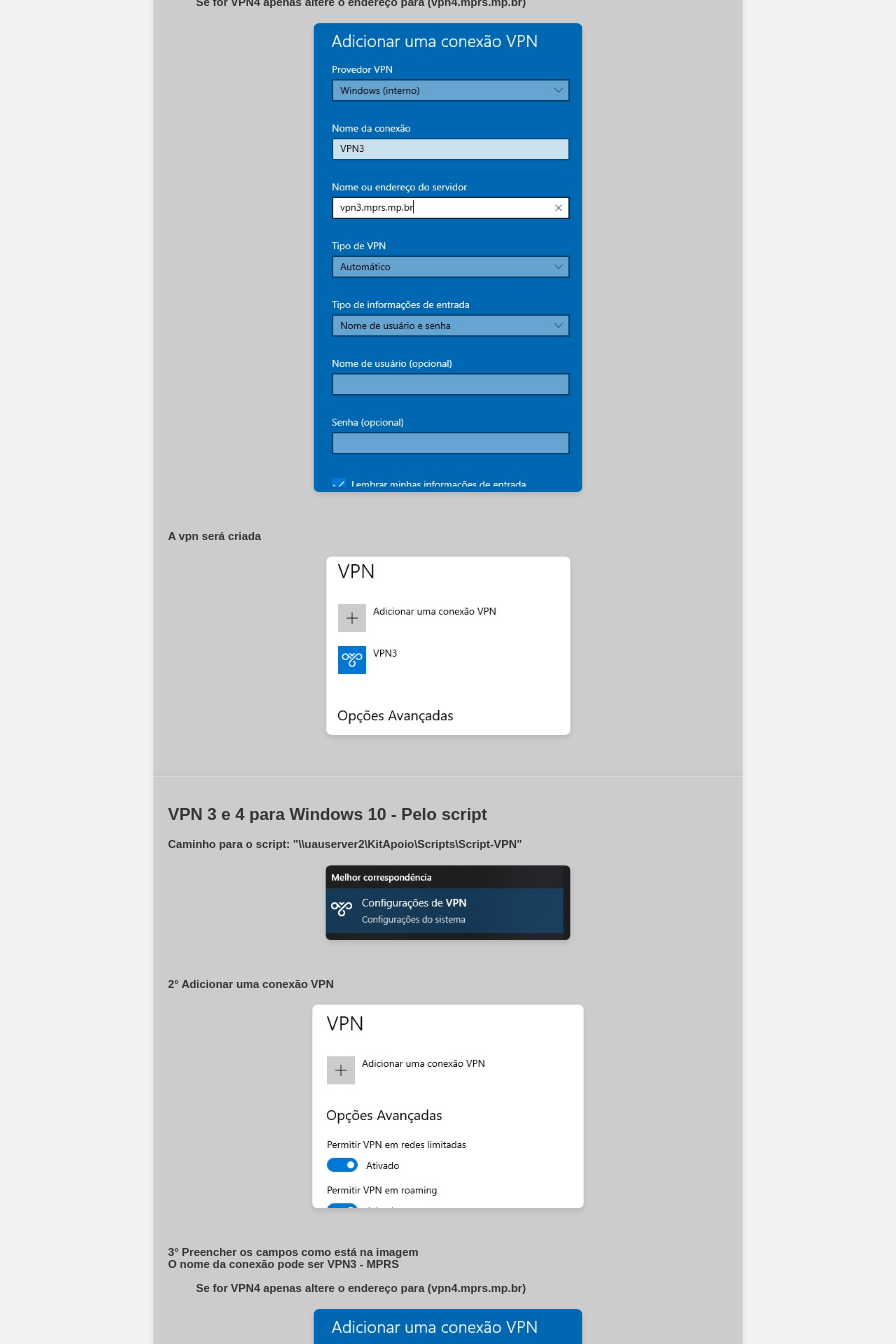
Repository: I4guito/dicasdez
Page: Dicas site/Dicas/configvpn.html
These files come from the project's save history. The page is drawn as it stood at one moment and after the next save; the edit follows.
The browser window is 1280 px wide. The pictures show the part of the page from y = 4580 to 6500 px (the page is 7622 px tall before and 7457 px after), at 70% of full size.

Above is the page before, as saved 2023-11-29 15:17:16.

### Dicas site/Dicas/configvpn.html
<!DOCTYPE html>
<html lang="pt-br">
<head>
    <meta charset="UTF-8">
    <meta name="viewport" content="width=device-width, initial-scale=1.0">
    <link rel="stylesheet" href="padrao.css">
    <script src="/Dicas site/script.js"></script>
    <title>VPN Install</title>
</head>
<body>
    <div class="container">
        <header>
        <a href="javascript:history.back()" class="voltar-btn">&#8592; Voltar</a>
            <h1>Instalação de VPN's</h1>
            <p>Todos os manuais estão localizados em: <b> I:\Informatica\UAU\Atendimento\Manuais\VPN\MANUAIS NOVOS - ATUALIZADOS -> "Manual de instalação - Edraw e VPN2"

            </p>
        </header>
    </div><br>

    <div class="container">
        <h1>VPN 2 Para Windows 7, 8 e 10 </h1>
        <embed src="/Dicas site/Dicas/Amendoim Imagens/Manual de Instalação - VPN2.pdf" type="application/pdf" width="100%" height="600px" />


    </div><br>

    <div class="container">
        <h1>VPN 2 Para Android </h1>
        <p>Recomendo enviar esse documento por e-mail para o usuário</p>
        <embed src="/Dicas site/Dicas/Amendoim Imagens/VPN2(Android)_Nova.pdf" type="application/pdf" width="100%" height="600px" />


    </div><br>

    <div class="container" onclick="toggleSize(this)">
        <h2>Configurar credenciais do windows </h2>

        <p>1° Gerenciador de Credenciais</p>
        <label class="image-zoom">
            <input type="checkbox">

            <img src="/Dicas site/Dicas/vpn images/abrir gerenciador de cred.jpeg" alt="Imagem">
        </label><br>
        <p>2° Credenciais do Windows</p>
        <p>3° Remover as credenciais genéricas (virtualapp/didlogical)</p>
        <p>4° Adicionar uma credencial windows</p><br>
        <label class="image-zoom">
            <input type="checkbox">

            <img src="/Dicas site/Dicas/vpn images/credenciais do windows.jpeg" alt="Imagem">
        </label><br>
        <p>5° Preencher os campos como está na imagem
            <br>só que com o nome do usuário e senha dele né

        </p>
        <label class="image-zoom">
            <input type="checkbox">

            <img src="/Dicas site/Dicas/vpn images/adicionando credencial.jpeg" alt="Imagem">
        </label><br>

        <p>Credencial adicionada</p>
        <label class="image-zoom">
            <input type="checkbox">

            <img src="/Dicas site/Dicas/vpn images/credencial adicionado.jpeg" alt="Imagem">
        </label><br>


    </div><br>

    <div class="container" onclick="toggleSize(this)">
        <h2>VPN 3 e 4 para Windows 10 - Criação Manual</h2>

        <p>1° Abra as configurações de vpn</p>
        <label class="image-zoom">
            <input type="checkbox">

            <img src="/Dicas site/Dicas/vpn images/confvpn.jpeg" alt="Imagem">
        </label><br>
        <p>2° Adicionar uma conexão VPN</p>
        <label class="image-zoom">
            <input type="checkbox">

            <img src="/Dicas site/Dicas/vpn images/vpnint.jpeg" alt="Imagem">
        </label><br>
        <p>3° Preencher os campos como está na imagem
            <br>O nome da conexão pode ser VPN3 - MPRS
            <blockquote>Se for VPN4 apenas altere o endereço para (vpn4.mprs.mp.br)</blockquote>
        </p>
        <label class="image-zoom">
            <input type="checkbox">

            <img src="/Dicas site/Dicas/vpn images/addconexão.jpeg" alt="Imagem">
        </label><br>

        <p>A vpn será criada</p>
        <label class="image-zoom">
            <input type="checkbox">

            <img src="/Dicas site/Dicas/vpn images/vpn3.jpeg" alt="Imagem">
        </label><br>


    </div>

    <div class="container" onclick="toggleSize(this)">
        <h2>VPN 3 e 4 para Windows 10 - Pelo script</h2>

        <p>Caminho para o script: "\\uauserver2\KitApoio\Scripts\Script-VPN"</p>
        <label class="image-zoom">
            <input type="checkbox">

            <img src="/Dicas site/Dicas/vpn images/confvpn.jpeg" alt="Imagem">
        </label><br>
        <p>2° Adicionar uma conexão VPN</p>
        <label class="image-zoom">
            <input type="checkbox">

            <img src="/Dicas site/Dicas/vpn images/vpnint.jpeg" alt="Imagem">
        </label><br>
        <p>3° Preencher os campos como está na imagem
            <br>O nome da conexão pode ser VPN3 - MPRS
            <blockquote>Se for VPN4 apenas altere o endereço para (vpn4.mprs.mp.br)</blockquote>
        </p>
        <label class="image-zoom">
            <input type="checkbox">

            <img src="/Dicas site/Dicas/vpn images/addconexão.jpeg" alt="Imagem">
        </label><br>

        <p>A vpn será criada</p>
        <label class="image-zoom">
            <input type="checkbox">

            <img src="/Dicas site/Dicas/vpn images/vpn3.jpeg" alt="Imagem">
        </label><br>


    </div>



    <div class="container">
        <footer>
            <p>&copy; 2023 Apoio ao Usuário. Todos os direitos reservados.</p>
        </footer>
    </div>

    <script>

    </script>
</body>
</html>

### Dicas site/Dicas/padrao.css
body {
    font-family: 'Arial', sans-serif;
    margin: 0;
    padding: 0;
    background-color: #f2f2f2;
    color:#fff
}

.container {
    max-width: 800px;
    margin: 0 auto;
    background-color: #ccc;
    padding: 20px;
    box-shadow: 0 0 10px rgba(0, 0, 0, 0.1);
    border: 1px solid #ddd;
    color: #333;
}

header, section, footer {
    margin-bottom: 20px;
}

header h1, section h2 {
    color: #333;
}

ul {
    list-style: none;
    padding: 0;
}

li {
    margin-bottom: 10px;
}

footer {
    text-align: center;
    color: #777;
}

.voltar-btn {
    position: absolute;
    left: 10px;
    top: 10px;
    text-decoration: none;
    color: #fff;
    font-size: 16px;
    padding: 10px;
    background-color: #555;
    border: none;
    border-radius: 5px;
    cursor: pointer;
    transition: background-color 0.3s;
}

.voltar-btn:hover {
    background-color: #777;
}

img {

    margin-inline: 5cm;
    max-width: 100%;
    border-radius: 3%;
}

.link-instrucoes {
    font-family:cursive;
    width: 50px;
    left: 10px;
    text-decoration: none;
    color: #fff;
    font-size: 25px;
    padding: 3px;
    background-color: #555;
    border: none;
    border-radius: 10px;
    cursor: pointer;
    transition:  background-color 0.3s;
}

.link-instrucoes:hover {
    background-color:#777
}

.step {
    max-width: 800px;
    margin: 0 auto;
    background-color: #333;
    padding: 20px;
    box-shadow: 0 0 10px rgba(0, 0, 0, 0.1);
    border: 1px solid #ddd;
    color: #333;
    margin-bottom: 40px;
    padding: 20px;
    border-radius: 8px;
    box-shadow: 0 4px 8px rgba(0, 0, 0, 0.1);
}



.container img {
    display: block;
    max-width: 35%;
    height: auto;
    display: block;
    margin: 20px auto;
    border-radius: 8px;
    box-shadow: 0 4px 8px rgba(0, 0, 0, 0.1);


}

.image-zoom input[type="checkbox"] {
    display: none;
}

.image-zoom img {
    max-width: 100%;
    height: auto;
    cursor: pointer;
    transition: transform 0.3s ease-in-out;
}

.image-zoom input[type="checkbox"]:checked + img {
    transform: scale(1.5);
}

### Dicas site/script.js
function filterItems() {
    var searchBar = document.getElementById('searchBar');
    var filter = searchBar.value.toUpperCase();

    var columns = document.getElementsByClassName('column');
    for (var i = 0; i < columns.length; i++) {
        var boxes = columns[i].getElementsByClassName('box');
        for (var j = 0; j < boxes.length; j++) {
            var item = boxes[j];
            var textValue = item.textContent || item.innerText;
            if (textValue.toUpperCase().indexOf(filter) > -1) {
                item.style.display = "";
            } else {
                item.style.display = "none";
            }
        }
    }
}

function openPage(pageName) {
    window.location.href = pageName + '.html';
}

const isOpera = navigator.userAgent.indexOf("OPR") > -1;

if (isOpera) {
    document.addEventListener("DOMContentLoaded", function () {
        const containers = document.querySelectorAll(".container");
        containers.forEach(function (container) {
            container.style.backgroundColor = "#005c4b";
            container.style.color = "#333";
        });
    });
}

After the next save:
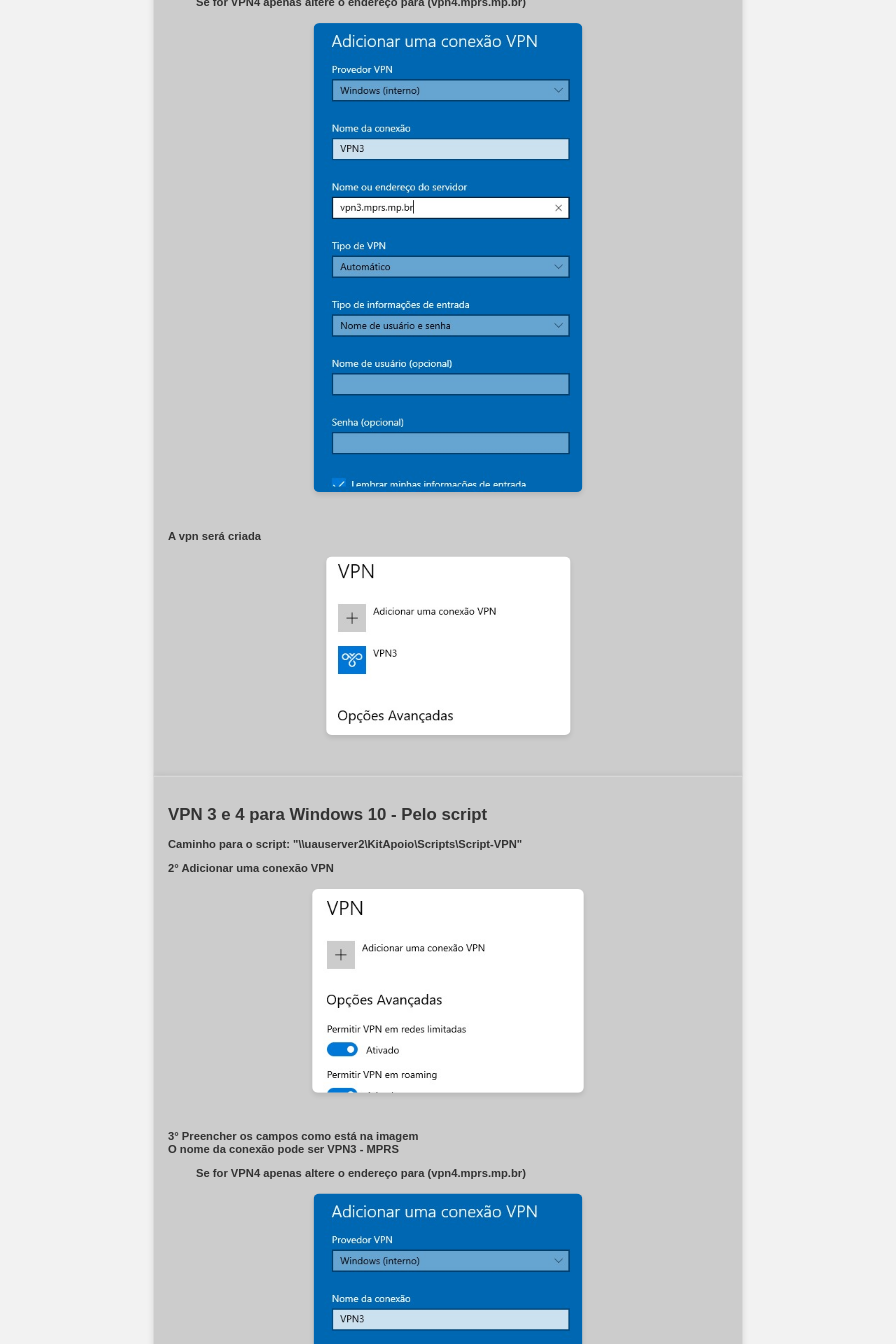
Saved 7 s later.
--- a/Dicas site/Dicas/configvpn.html
+++ b/Dicas site/Dicas/configvpn.html
@@ -109,11 +109,7 @@
         <h2>VPN 3 e 4 para Windows 10 - Pelo script</h2>
 
         <p>Caminho para o script: "\\uauserver2\KitApoio\Scripts\Script-VPN"</p>
-        <label class="image-zoom">
-            <input type="checkbox">
 
-            <img src="/Dicas site/Dicas/vpn images/confvpn.jpeg" alt="Imagem">
-        </label><br>
         <p>2° Adicionar uma conexão VPN</p>
         <label class="image-zoom">
             <input type="checkbox">
